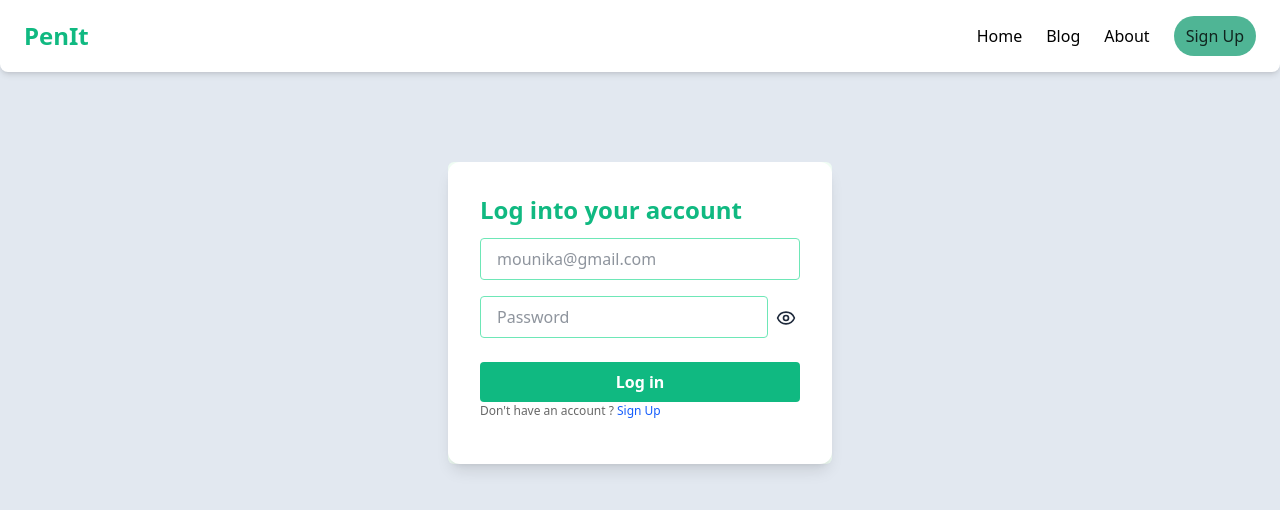
Repository: Mounika-chukkala/PenIt
Page: /signin (app in frontend/)
An editor plug-in stored every save of this project. The page is shown before and after the next save, followed by the edit.
The browser window is 1280 px wide. The pictures show the whole page.
The project was rebuilt for these pictures with package versions that can differ from the ones it lists, and the page was loaded fresh each time. Also part of the build but not shown: frontend/vite.config.js, frontend/src/Pages/Signup.jsx, frontend/src/components/CreateBlog.jsx, frontend/src/Pages/AddBlog.jsx.

Above is the page before, as saved 2025-05-23 13:36:44.

After the next save:
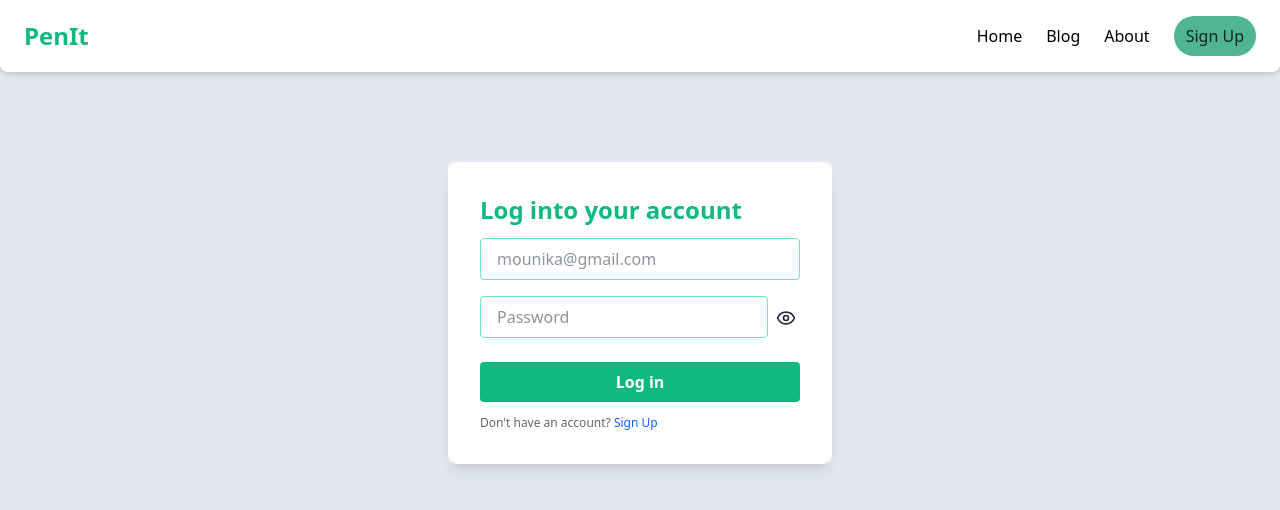
Saved 6 min 26 s later.
--- a/frontend/src/Pages/Signin.jsx
+++ b/frontend/src/Pages/Signin.jsx
@@ -1,15 +1,17 @@
 import React, { useState } from 'react'
-import { Eye,EyeOff } from 'lucide-react';
+import { Eye, EyeOff } from 'lucide-react';
 import { Link } from 'react-router-dom';
+import { motion } from 'framer-motion';
+
 function Signin() {
-    const [userData, setUserData] = useState({
+  const [userData, setUserData] = useState({
     name: "",
     email: "",
     password: "",
   });
-const [isVisible,setVisible]=useState(false)
+  const [isVisible, setVisible] = useState(false);
+
   async function handleSubmit() {
-    console.log("hello")
     let data = await fetch("http://localhost:3000/api/v1/signin", {
       method: "POST",
       body: JSON.stringify(userData),
@@ -19,62 +21,75 @@ const [isVisible,setVisible]=useState(false)
     });
 
     let res = await data.json();
-    console.log(res)
-alert(res.message)
-    if(!res.success){
-        toast.error(res.message);
-
-    }
-    else{
-        toast.success(res.message);
-        localStorage.setItem("User",JSON.stringify(res.user));
+    alert(res.message);
+    if (!res.success) {
+      toast.error(res.message);
+    } else {
+      toast.success(res.message);
+      localStorage.setItem("User", JSON.stringify(res.user));
     }
   }
 
   return (
-        <div className="max-h-screen max-w-[30%] rounded-md m-auto mt-[7%] flex bg-[#F0FDF4] text-[#1E293B]">
-      {/* Left side visual placeholder
-      <div className="w-1/2 flex flex-col justify-center items-center p-10 bg-gradient-to-br from-[#6EE7B7] to-[#A7F3D0]">
-        <h1 className="text-4xl font-bold text-[#059669] mb-4">PenIt</h1>
-        <p className="text-xl text-[#1E293B] text-center">
-          Express your thoughts with style.<br /> A clean and calm blogging space.
+    <motion.div
+      className="max-h-screen max-w-[30%] rounded-md m-auto mt-[7%] flex bg-[#F0FDF4] text-[#1E293B]"
+      initial={{ opacity: 0, y: 60 }}
+      animate={{ opacity: 1, y: 0 }}
+      transition={{ duration: 0.6, ease: 'easeOut' }}
+    >
+      <motion.div
+        className="bg-white p-8 rounded-xl shadow-lg w-full"
+        initial={{ scale: 0.95 }}
+        animate={{ scale: 1 }}
+        transition={{ delay: 0.3, duration: 0.4 }}
+      >
+        <h2 className="text-2xl font-bold mb-3 text-[#10B981]">Log into your account</h2>
+
+        <motion.input
+          whileFocus={{ scale: 1.02 }}
+          transition={{ duration: 0.2 }}
+          className="w-full mb-4 px-4 py-2 border border-[#6EE7B7] rounded focus:outline-none focus:ring-2 focus:ring-[#10B981]"
+          type="email"
+          placeholder="mounika@gmail.com"
+          onChange={(e) => setUserData({ ...userData, email: e.target.value })}
+        />
+
+        <div className="w-full flex gap-2">
+          <motion.input
+            whileFocus={{ scale: 1.02 }}
+            transition={{ duration: 0.2 }}
+            className="w-[90%] mb-6 px-4 py-2 border border-[#6EE7B7] rounded focus:outline-none focus:ring-2 focus:ring-[#10B981]"
+            type={isVisible ? "text" : "password"}
+            placeholder="Password"
+            onChange={(e) => setUserData({ ...userData, password: e.target.value })}
+          />
+          <motion.div
+            className="pt-3 cursor-pointer"
+            onClick={() => setVisible(!isVisible)}
+            whileTap={{ scale: 0.9 }}
+            initial={{ opacity: 0 }}
+            animate={{ opacity: 1 }}
+            transition={{ delay: 0.6 }}
+          >
+            {isVisible ? <EyeOff size={20} /> : <Eye size={20} />}
+          </motion.div>
+        </div>
+
+        <motion.button
+          onClick={handleSubmit}
+          className="w-full bg-[#10B981] hover:bg-[#059669] text-white py-2 rounded font-semibold transition duration-200"
+          whileTap={{ scale: 0.95 }}
+          whileHover={{ scale: 1.01 }}
+        >
+          Log in
+        </motion.button>
+
+        <p className="text-[12px] text-black/60 mt-3">
+          Don't have an account? <Link to="/signup"><span className="text-blue-600">Sign Up</span></Link>
         </p>
-      </div>
-
-      {/* Right side sign up form */}
-      {/* <div className="w-1/2 flex justify-center items-center p-10"> */}
-        <div className="bg-white p-8 rounded-xl shadow-lg w-full ">
-          <h2 className="text-2xl font-bold mb-3 text-[#10B981]">Log into your account</h2>
-          <input
-            className="w-full mb-4 px-4 py-2 border border-[#6EE7B7] rounded focus:outline-none focus:ring-2 focus:ring-[#10B981]"
-            type="email"
-            placeholder="mounika@gmail.com"
-            onChange={(e) => setUserData({ ...userData, email: e.target.value })}
-          />
-
-                            <div className="w-full flex gap-2">
-                       <input
-                        className="w-[90%] mb-6 px-4 py-2 border border-[#6EE7B7] rounded focus:outline-none focus:ring-2 focus:ring-[#10B981]"
-                        type={isVisible?"text":"password" }
-                        placeholder="Password"
-                        onChange={(e) => setUserData({ ...userData, password: e.target.value })}
-                      />
-                       <div  className="pt-3" onClick={()=>setVisible(!isVisible)}>
-             {isVisible ? <EyeOff size={20} /> : <Eye size={20} />}
-                       </div>
-                       </div>
-          <button
-            onClick={handleSubmit}
-            className="w-full bg-[#10B981] hover:bg-[#059669] text-white py-2 rounded font-semibold transition duration-200"
-          >
-            Log in
-          </button>
-          <p className="text-[12px] text-black/60 mb-3">Don't have an account ? <Link to="/signup"><span className="text-blue-600">Sign Up</span></Link></p>
-
-        </div>
-      </div>
-    // </div>
-  )
+      </motion.div>
+    </motion.div>
+  );
 }
 
-export default Signin
+export default Signin;
